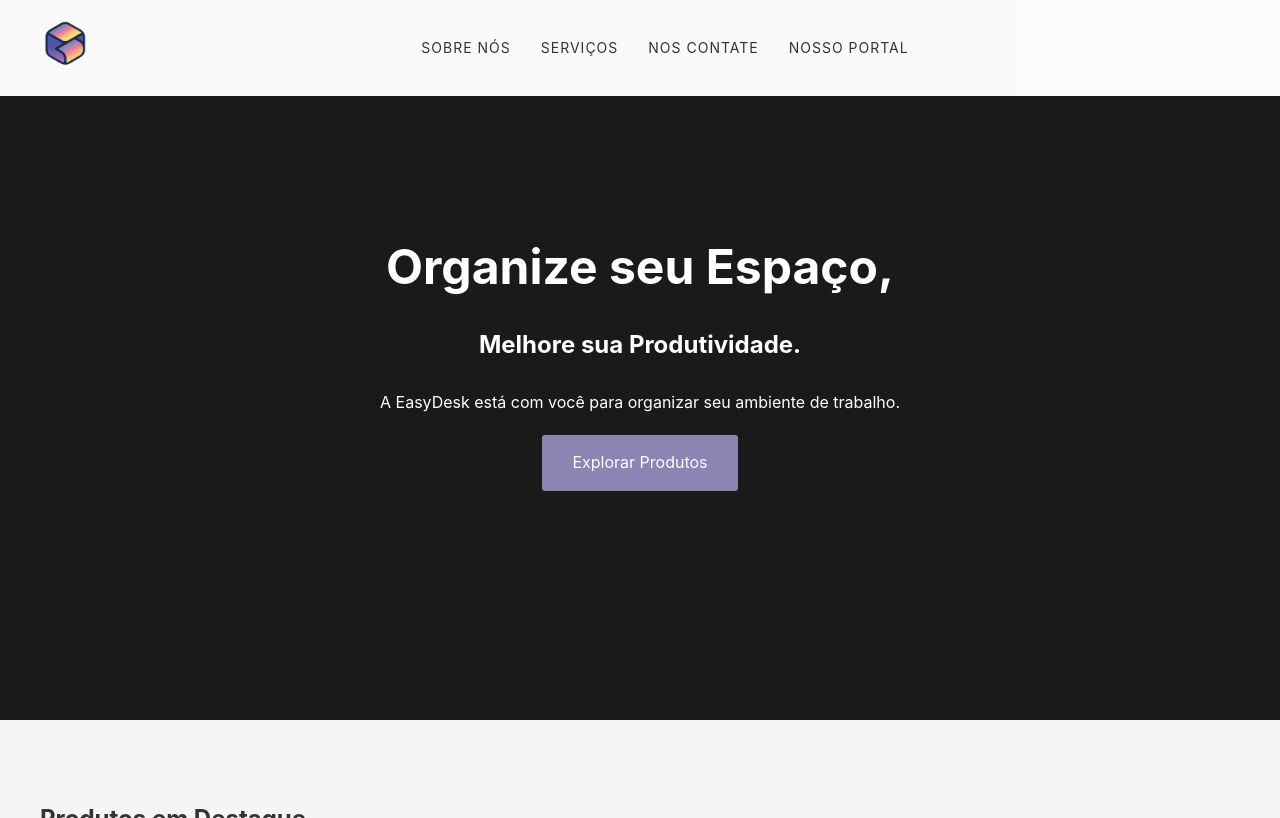
Repository: Gabrielb0rn/0EasyDesk.io
Page: index.html
An editor plug-in stored every save of this project. The page is shown before and after a run of saves, followed by the edit.
The browser window is 1280 px wide. The pictures show the part of the page from y = 0 to 818 px (the page is 1927 px tall).
A picture or video elsewhere on the page could not be fetched, so the positions and the page height are approximate.

Above is the page before, as saved 2024-10-31 15:11:10.

### index.html
<!DOCTYPE html>
<html lang="pt-BR">
<head>
    <meta charset="UTF-8">
    <meta name="viewport" content="width=device-width, initial-scale=1.0">
    <title>EasyDesk</title>
    <link rel="stylesheet" href="css/main.css">
</head>
<body>
    <!-- Header Minimalista -->
    <header class="main-header">
        <nav class="nav-container">
            <div class="logo">
                <a href="/index.html"><img src="css\icons\favicon\favicon.ico" alt="EasyDesk" width="50" height="auto"></a>
            </div>
            <ul class="nav-menu">
                <li><a href="/about.html">Sobre nós</a></li>
                <li><a href="/services">Serviços</a></li>
                <li><a href="/contact">Nos contate</a></li>
                <li><a href="/login">Nosso portal</a></li>
            </ul>
            <div class="nav-icons">
                <a href="/busca"><i class="search-icon"></i></a>
                <a href="/carrinho"><i class="cart-icon"></i></a>
            </div>
        </nav>
    </header>

    <!-- Hero Section com Imagem Full-width -->
    <section class="hero">
        <div class="hero-content">
            <h1>Organize seu Espaço,</h1>
            <h2> Melhore sua Produtividade.</h2><br>
            <p>A EasyDesk está com você para organizar seu ambiente de trabalho.</p>
            <a href="/produtos" class="cta-button">Explorar Produtos</a>
        </div>
    </section>

    <!-- Seção de Produtos em Destaque -->
    <section class="featured-products">
        <h2>Produtos em Destaque</h2>
        <div class="product-grid">
            <!-- Repetir para cada produto -->
            <div class="product-card">
                <img src="produto1.jpg" alt="Produto 1">
                <h3>Nome do Produto</h3>
                <p>Descrição breve</p>
                <span class="price">R$ 199,00</span>
            </div>
        </div>
    </section>
    <script src="js/main.js"></script>
</body>
</html>

### css/main.css
/* Reset e Variáveis */
:root {
    --primary-color: #1a1a1a;
    --secondary-color: #f5f5f5;
    --accent-color: #8C84B3;
    --text-color: #333;
    --spacing-unit: 8px;
}

* {
    margin: 0;
    padding: 0;
    box-sizing: border-box;
}

body {
    font-family: -apple-system, BlinkMacSystemFont, 'Segoe UI', Roboto, sans-serif;
    line-height: 1.6;
    color: var(--text-color);
}

/* Header */
.main-header {
    position: fixed;
    top: 0;
    width: 100%;
    background: rgba(255, 255, 255, 0.98);
    padding: 20px 40px;
    z-index: 1000;
}

.nav-container {
    display: flex;
    justify-content: space-between;
    align-items: center;
    max-width: 1400px;
    margin: 0 auto;
}

.nav-menu {
    display: flex;
    gap: 30px;
    list-style: none;
}

.nav-menu a {
    text-decoration: none;
    color: var(--text-color);
    font-size: 14px;
    text-transform: uppercase;
    letter-spacing: 1px;
}

/* Hero Section */
.hero {
    height: 100vh;
    background-size: cover;
    background-position: center;
    display: flex;
    align-items: center;
    justify-content: center;
    text-align: center;
    color: white;
    background-color: var(--primary-color);
}

.hero-content {
    max-width: 800px;
    padding: 0 20px;
}

.hero h1 {
    font-size: 48px;
    margin-bottom: 20px;
}

.cta-button {
    display: inline-block;
    padding: 15px 30px;
    background: var(--accent-color);
    color: white;
    text-decoration: none;
    border-radius: 3px;
    margin-top: 20px;
}

/* Produtos */
.featured-products {
    padding: 80px 40px;
    background: var(--secondary-color);
}

.product-grid {
    display: grid;
    grid-template-columns: repeat(auto-fit, minmax(300px, 1fr));
    gap: 40px;
    max-width: 1400px;
    margin: 0 auto;
}

.product-card {
    text-align: center;
}

.product-card img {
    width: 100%;
    height: auto;
    margin-bottom: 20px;
}

### js/main.js
// Adicionar ao seu arquivo script.js
document.addEventListener('DOMContentLoaded', () => {
  // Animação suave no scroll
  document.querySelectorAll('a[href^="#"]').forEach(anchor => {
      anchor.addEventListener('click', function (e) {
          e.preventDefault();
          document.querySelector(this.getAttribute('href')).scrollIntoView({
              behavior: 'smooth'
          });
      });
  });

  // Header transparente que muda com scroll
  window.addEventListener('scroll', () => {
      const header = document.querySelector('.main-header');
      if (window.scrollY > 50) {
          header.classList.add('scrolled');
      } else {
          header.classList.remove('scrolled');
      }
  });
});

After the next 3 saves:
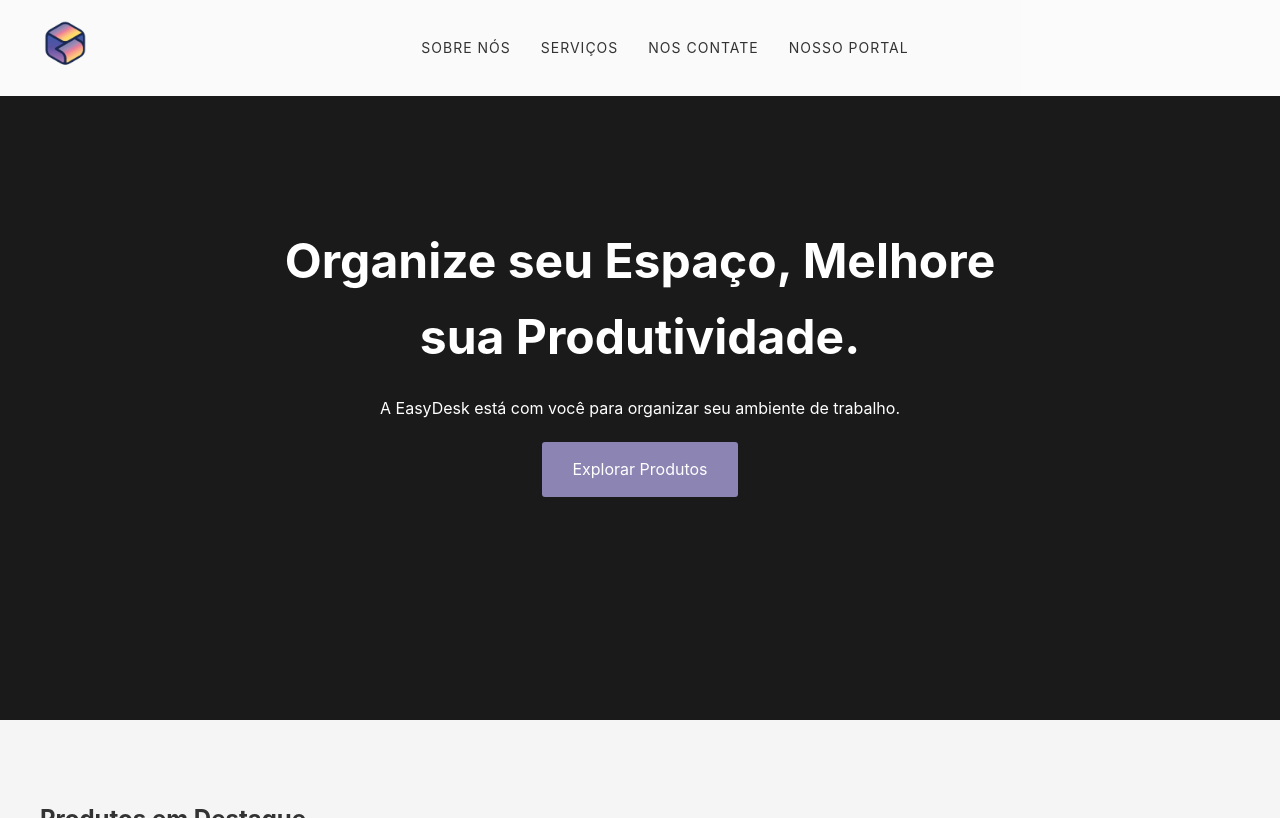
The 3 saves are shown as one change because they came seconds apart.
The last was saved 13 s later.
--- a/index.html
+++ b/index.html
@@ -29,8 +29,7 @@
     <!-- Hero Section com Imagem Full-width -->
     <section class="hero">
         <div class="hero-content">
-            <h1>Organize seu Espaço,</h1>
-            <h2> Melhore sua Produtividade.</h2><br>
+            <h1>Organize seu Espaço, Melhore sua Produtividade.</h1>
             <p>A EasyDesk está com você para organizar seu ambiente de trabalho.</p>
             <a href="/produtos" class="cta-button">Explorar Produtos</a>
         </div>
